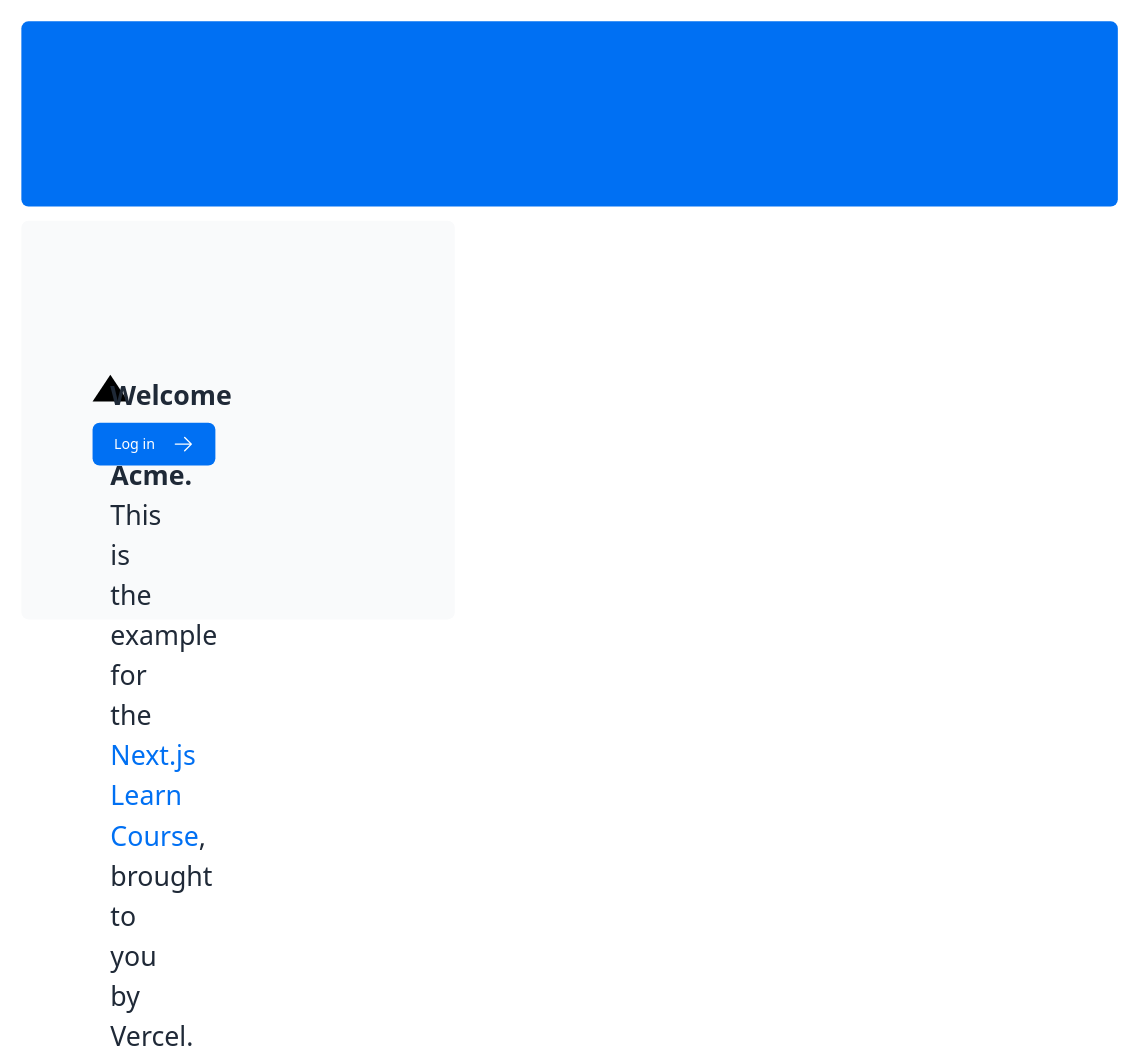
Repository: ShifanaFacts/NextjsTest1
Page: /
An editor plug-in stored every save of this project. The page is shown before and after the next save, followed by the edit.
The browser window is 1280 px wide. The pictures show the whole page, at 89% of full size.
The project was rebuilt for these pictures with package versions that can differ from the ones it lists, and the page was loaded fresh each time. The framework's server and built-in components were replaced by stand-ins that run in the browser. Also part of the build but not shown: next.config.js.

Above is the page before, as saved 2023-11-07 15:51:51.

After the next save:
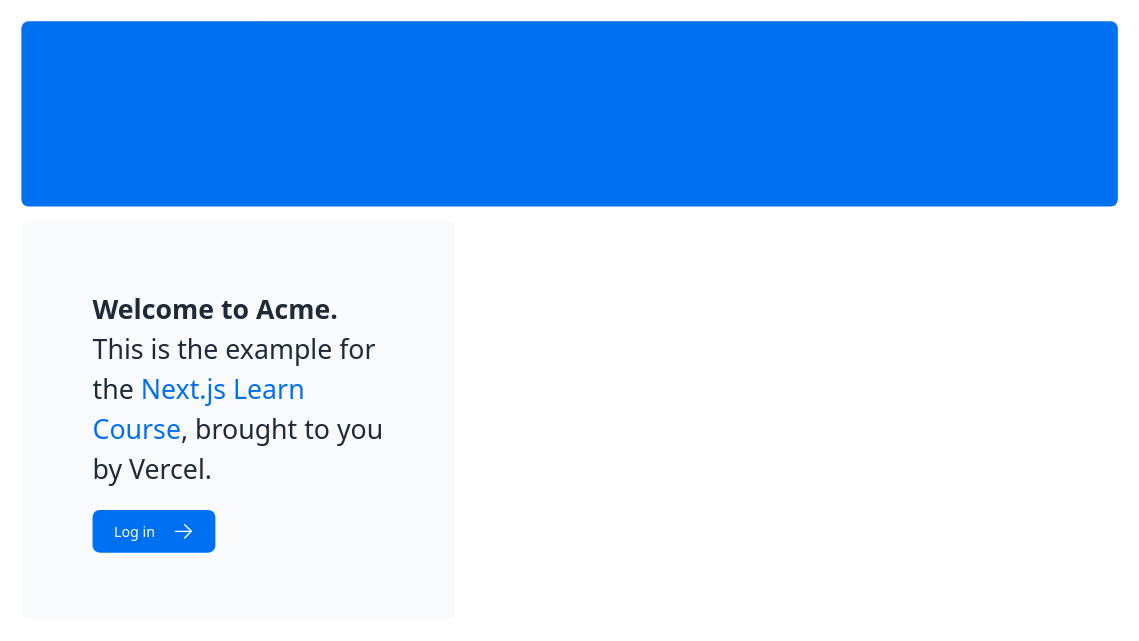
Saved 36 s later.
--- a/app/page.tsx
+++ b/app/page.tsx
@@ -10,7 +10,6 @@
       </div>
       <div className="mt-4 flex grow flex-col gap-4 md:flex-row">
         <div className="flex flex-col justify-center gap-6 rounded-lg bg-gray-50 px-6 py-10 md:w-2/5 md:px-20">
-          <div   className="h-0 w-0 border-b-[30px] border-l-[20px] border-r-[20px] border-b-black border-l-transparent border-r-transparent">
           <p className={`text-xl text-gray-800 md:text-3xl md:leading-normal`}>
 
             <strong>Welcome to Acme.</strong> This is the example for the{' '}
@@ -19,7 +18,7 @@
             </a>
             , brought to you by Vercel.
           </p>
-          </div>
+
           <Link
             href="/login"
             className="flex items-center gap-5 self-start rounded-lg bg-blue-500 px-6 py-3 text-sm font-medium text-white transition-colors hover:bg-blue-400 md:text-base"
